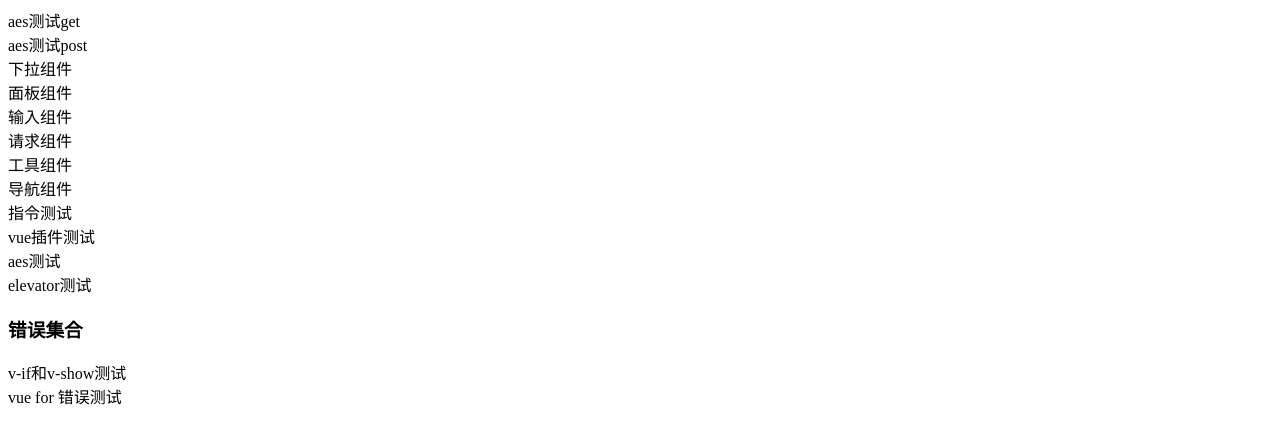
Repository: gaomin-github/my-pj6
Page: /
The author's editor kept a copy of each file at every save. The page is drawn from the files as they stood at one save, then again after the next save.
The browser window is 1280 px wide. The pictures show the whole page.
The project was rebuilt for these pictures with package versions that can differ from the ones it lists, and the page was loaded fresh each time.

Above is the page before, as saved 2019-12-05 16:56:59.

After the next save:
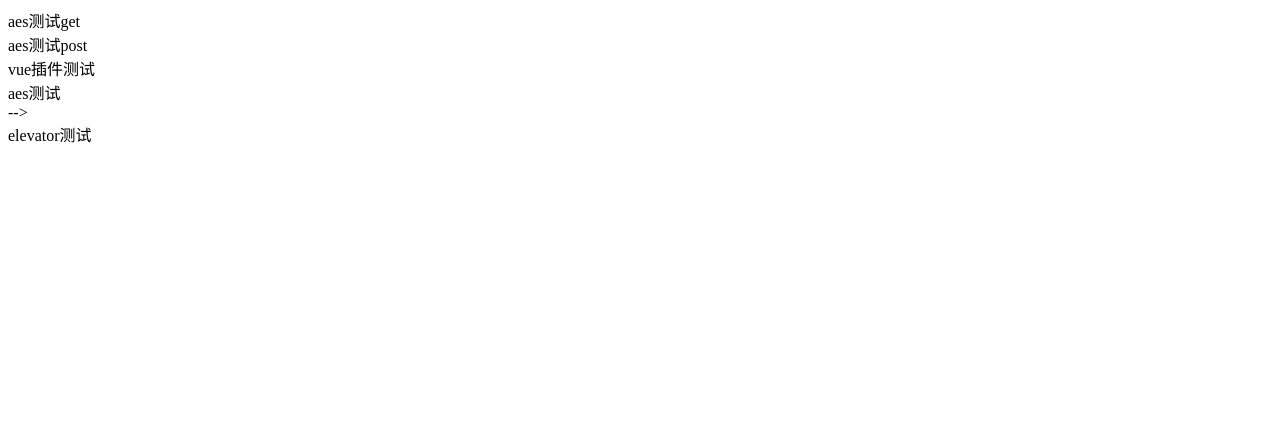
Saved 20 min 58 s later.
--- a/src/directory.vue
+++ b/src/directory.vue
@@ -1,6 +1,6 @@
 <template>
     <section>
-        <section class="demo_title" @click="enterCon('drop-down-demo')">下拉组件</section>
+        <!-- <section class="demo_title" @click="enterCon('drop-down-demo')">下拉组件</section>
         <section class="demo_title" @click="enterCon('panelDemo')">面板组件</section>
         <section class="demo_title" @click="enterCon('dataDemo')">输入组件</section>
         <section class="demo_title" @click="enterCon('httpDemo')">请求组件</section>
@@ -9,11 +9,11 @@
         <section class="demo_title" @click="enterCon('directDemo')">指令测试</section>
         <!--<section class="demo_title" @click="enterCon('directDemo2')">指令测试2</section>-->
         <section class="demo_title" @click="enterCon('vuePluginDemo')">vue插件测试</section>
-        <section class="demo_title" @click="aesTest">aes测试</section>
+        <section class="demo_title" @click="aesTest">aes测试</section>-->
         <section class="demo_title" @click="enterCon('elevatorDemo')">elevator测试</section>
-        <h3>错误集合</h3>
+        <!-- <h3>错误集合</h3>
         <section class="demo_title" @click="enterCon('errorPopDemo')">v-if和v-show测试</section>
-        <section class="demo_title" @click="enterCon('vueFor')">vue for 错误测试</section>
+        <section class="demo_title" @click="enterCon('vueFor')">vue for 错误测试</section>-->
     </section>
 </template>
 <script>
